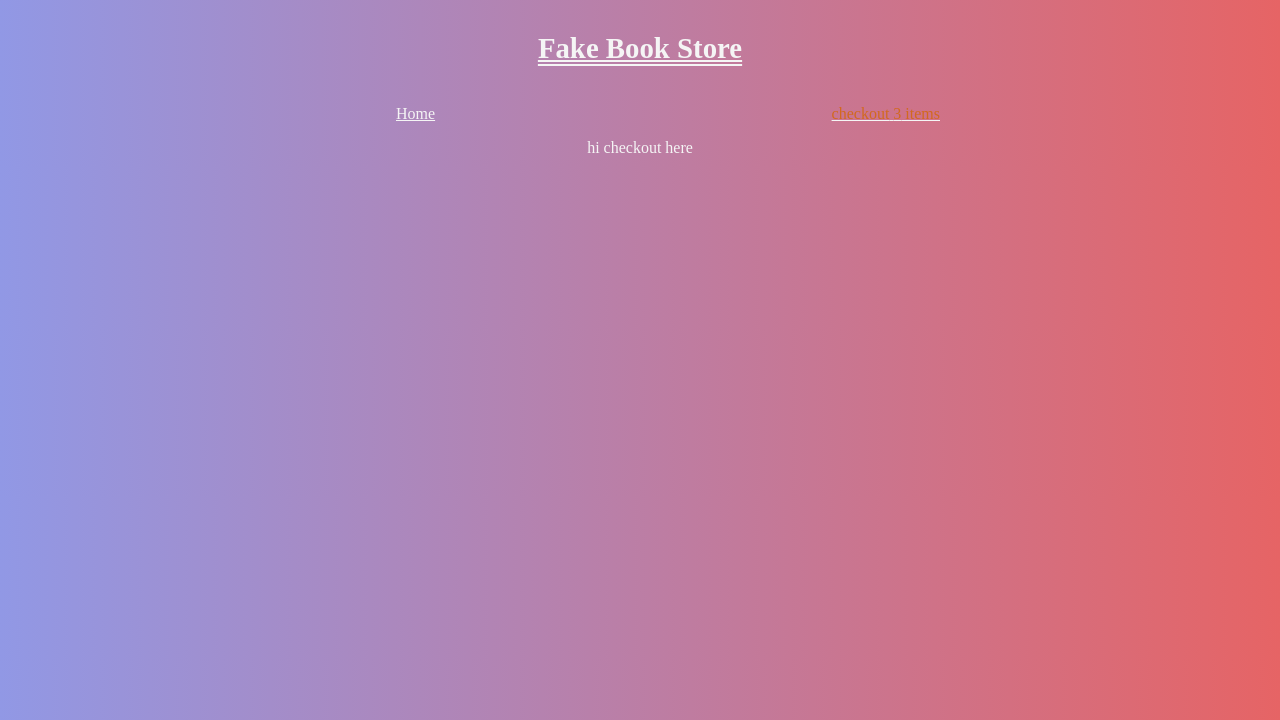
Repository: 0101chaitanya/shopping-cart
Page: /checkout
The author's editor kept a copy of each file at every save. The page is drawn from the files as they stood at one save, then again after a run of saves.
The browser window is 1280 px wide. The pictures show the whole page.
Some web libraries are served in a nearby version. The project was rebuilt for these pictures with package versions that can differ from the ones it lists, and the page was loaded fresh each time. Also part of the build but not shown: src/components/Book.js, src/components/Home.js.

Above is the page before, as saved 2021-08-08 14:07:54.

### public/index.html
<!DOCTYPE html>
<html lang="en">

  <head>
    <meta charset="utf-8" />
    <link rel="icon" href="%PUBLIC_URL%/favicon.ico" />
    <meta name="viewport" content="width=device-width, initial-scale=1" />
    <meta name="theme-color" content="#000000" />
    <meta name="description" content="Web site created using create-react-app" />
    <link rel="apple-touch-icon" href="%PUBLIC_URL%/logo192.png" />
    <!--
      manifest.json provides metadata used when your web app is installed on a
      user's mobile device or desktop. See https://developers.google.com/web/fundamentals/web-app-manifest/
    -->
    <link rel="manifest" href="%PUBLIC_URL%/manifest.json" />
    <!--
      Notice the use of %PUBLIC_URL% in the tags above.
      It will be replaced with the URL of the `public` folder during the build.
      Only files inside the `public` folder can be referenced from the HTML.

      Unlike "/favicon.ico" or "favicon.ico", "%PUBLIC_URL%/favicon.ico" will
      work correctly both with client-side routing and a non-root public URL.
      Learn how to configure a non-root public URL by running `npm run build`.
    -->
    <script src="https://kit.fontawesome.com/3dcaf9f6de.js" crossorigin="anonymous"></script>
    <title>React App</title>
  </head>

  <body>
    <noscript>You need to enable JavaScript to run this app.</noscript>
    <div id="root"></div>
    <!--
      This HTML file is a template.
      If you open it directly in the browser, you will see an empty page.

      You can add webfonts, meta tags, or analytics to this file.
      The build step will place the bundled scripts into the <body> tag.

      To begin the development, run `npm start` or `yarn start`.
      To create a production bundle, use `npm run build` or `yarn build`.
    -->
  </body>

</html>

### src/index.js
import React from "react";
import ReactDOM from "react-dom";
import App from "./App";
import reportWebVitals from "./reportWebVitals";
import { ContextWrapper } from "./components/Context";
ReactDOM.render(
  <React.StrictMode>
    <ContextWrapper>
      <App />
    </ContextWrapper>
  </React.StrictMode>,
  document.getElementById("root")
);

// If you want to start measuring performance in your app, pass a function
// to log results (for example: reportWebVitals(console.log))
// or send to an analytics endpoint. Learn more: https://bit.ly/CRA-vitals
reportWebVitals();

### src/App.js
import "./App.css";
import { produce } from "immer";
import React, { useState, useReducer, useEffect } from "react";
import { BrowserRouter as Router, Route, Switch } from "react-router-dom";
import Nav from "./components/Nav";
import Home from "./components/Home";
import Checkout from "./components/Checkout";

function App() {
  return (
    <Router>
      <div className="App">
        <Nav />

        <Switch>
          <Route path="/" exact component={Home} />
          <Route path="/checkout" exact component={Checkout} />
        </Switch>
      </div>
    </Router>
  );
}

export default App;

### src/components/Context.js
import React, { createContext, useEffect, useContext, useReducer } from "react";
import reducer from "./Reducer";
import data from "./Books.json";
const initialState = {
  cart: data,

  total: 0,
};

const myContext = createContext();

const ContextWrapper = ({ children }) => {
  const [state, dispatch] = useReducer(reducer, initialState);
  const togglePaper = ({ id, paper }) => {
    dispatch({ type: "TOGGLE_PAPER", payload: { id, paper } });
  };
  const toggleCheckout = ({ id, checkout }) => {
    dispatch({ type: "TOGGLE-CHECKOUT", payload: { id, checkout } });
  };

  useEffect(() => {
    computeTotal();
  }, [state.cart]);
  const computeTotal = () => {
    dispatch({ type: "COMPUTE-TOTAL" });
  };
  console.log(state);
  return (
    <myContext.Provider value={{ ...state, togglePaper, toggleCheckout }}>
      {children}
    </myContext.Provider>
  );
};
const useGlobalContext = () => {
  return useContext(myContext);
};

export { useGlobalContext, ContextWrapper };

### src/App.css
.App {
  text-align: center;
}
html,
body,
.App {
  display: flex;
  flex-direction: column;
  justify-content: center;
  align-items: center;
  width: 100vw;
  height: fit-content;
  color: whitesmoke;
  background: linear-gradient(to left, #e66465, #9198e5);
}
nav {
  width: 100vw;
  display: flex;
  flex-direction: column;
  justify-content: center;
  align-items: center;
}

nav > h1 {
  justify-content: center;
  text-align: center;
  font-size: 1.8rem;
  text-decoration: underline double;
}
nav > ul {
  grid-area: ul;
  display: flex;
  align-content: flex-start;
  width: 35rem;
  justify-content: space-between;
  list-style-type: none;
}
nav > ul > li:nth-child(1) {
  display: flex;
}
nav > ul > li:nth-child(1) > * {
  margin: 0 1rem;
}
a {
  color: whitesmoke;
}
input {
  font-size: 2rem;
}
form {
  display: flex;
  flex-direction: column;
  justify-content: flex-start;
  align-items: center;
  width: 12rem;
  height: 25rem;
  font-size: 0.8rem;
  padding: 0.5rem 0rem 0.5rem;
  background: rgb(132, 168, 96);
  border: solid 0.5rem rgb(156, 156, 30);
  border-radius: 1rem;
}
.bookShow {
  width: 80vh;
  justify-content: center;
  align-items: center;
  display: grid;
  grid-auto-flow: row;
  grid-template-columns: repeat(3, 1fr);
  grid-gap: 0.8rem;
}
img {
  width: 10rem;
  height: 15rem;
}
h3,
h4 {
  margin: 0 0.2rem;
}
button {
  background-color: blueviolet;
  border: none;
  border-radius: 0.5rem;
  padding: 0.3rem;
  margin: 0.1rem;
}
button:disabled {
  color: rgb(105, 93, 93);
  background-color: rgb(238, 101, 101);
}
.count {
  color: chocolate;
}

### src/components/Nav.js
import React, { useState, useEffect } from "react";
import { Link } from "react-router-dom";
import { useGlobalContext } from "./Context";
const Nav = (props) => {
  const { total } = useGlobalContext();
  return (
    <nav>
      <h1>Fake Book Store</h1>
      <ul className="nav-links">
        <li>
          <Link className="links" to="/">
            <span>Home</span>
          </Link>
        </li>
        <li>
          <Link className="links" to="/checkout">
            <span className="count">
              checkout
              <span> {total}</span> items
            </span>
          </Link>
        </li>
      </ul>
    </nav>
  );
};
export default Nav;

### src/components/Checkout.js
import React, { useState, useEffect } from "react";

const Checkout = () => {
  return <div>hi checkout here</div>;
};
export default Checkout;

### src/components/Reducer.js
const reducer = (state, action) => {
  switch (action.type) {
    case "TOGGLE_PAPER":
      const cart_SET_PAPER = state.cart.map((item) => {
        if (item.id === action.payload.id) {
          return { ...item, paper: action.payload.paper };
        }
        return item;
      });
      return { ...state, cart: cart_SET_PAPER };

    case "TOGGLE-CHECKOUT":
      const cartModified = state.cart.map((item) => {
        if (item.id === action.payload.id) {
          console.log(action.payload.checkout, item.id, action.payload.id);
          return { ...item, checkout: action.payload.checkout };
        }
        return item;
      });
      return { ...state, cart: [...cartModified] };

    case "COMPUTE-TOTAL":
      let count = state.cart.filter((item) => {
        return item.checkout ? true : false;
      });
      return { ...state, total: count.length };
    default:
      throw new Error(`no matching action found for ${action.type}`);
  }
};
export default reducer;

### src/components/Books.json
[
  {
    "id": "book1",
    "name": "Anna Karenina",
    "image": "https://archive.org/services/img/ost-english-annakareninatols00tolsiala",
    "price": 399,
    "identifier": "ost-english-annakareninatols00tolsiala",
    "checkout": true,
    "paper": false
  },
  {
    "id": "book2",
    "name": "Madame Bovary : a study of provincial life",
    "image": "https://archive.org/services/img/madamebovarystud00flau",
    "price": 499,
    "identifier": "madamebovarystud00flau",
    "checkout": true,
    "paper": false
  },
  {
    "id": "book3",
    "name": "War and Peace",
    "image": "https://archive.org/services/img/warandpeace01dolegoog",
    "checkout": false,
    "paper": false,

    "price": 1299,
    "identifier": "warandpeace01dolegoog"
  },
  {
    "id": "book4",
    "name": "The Great Gatsby",
    "image": "https://archive.org/services/img/the-great-gatsby_1922",
    "checkout": true,
    "paper": true,

    "price": 799,
    "identifier": "the-great-gatsby_1922"
  },
  {
    "id": "book5",
    "name": "Middlemarch",
    "image": "https://archive.org/services/img/middlemarchastu07eliogoog",
    "checkout": false,
    "paper": false,

    "price": 150,
    "identifier": "middlemarchastu07eliogoog"
  },
  {
    "id": "book6",
    "name": "The Adventures of Huckleberry Finn",
    "image": "https://archive.org/services/img/adventureshuckle00twaiiala",
    "checkout": false,
    "paper": false,

    "price": 249,
    "identifier": "adventureshuckle00twaiiala"
  },
  {
    "id": "book7",
    "name": "The Stories of Anton Chekhov",
    "image": "https://archive.org/services/img/in.ernet.dli.2015.507759",
    "checkout": false,
    "paper": false,

    "price": 550,
    "identifier": "in.ernet.dli.2015.507759"
  },
  {
    "id": "book8",
    "name": "In Search of Lost Time",
    "image": "https://archive.org/services/img/InSearchOfLostTimeCompleteVolumes",

    "checkout": false,
    "paper": false,
    "price": 1199,
    "identifier": "InSearchOfLostTimeCompleteVolumes"
  },
  {
    "id": "book9",
    "name": "Hamlet",
    "image": "https://archive.org/services/img/shakespeareshaml01shak",
    "checkout": false,
    "paper": false,

    "price": 1500,
    "identifier": "shakespeareshaml01shak"
  },
  {
    "id": "book10",
    "name": "Moby Dick",
    "image": "https://archive.org/services/img/mobydickorwhale01melvuoft",
    "checkout": false,
    "paper": false,

    "price": 699,
    "identifier": "mobydickorwhale01melvuoft"
  }
]

Loaded but not shown: src/reportWebVitals.js (common file)

After the next 3 saves:
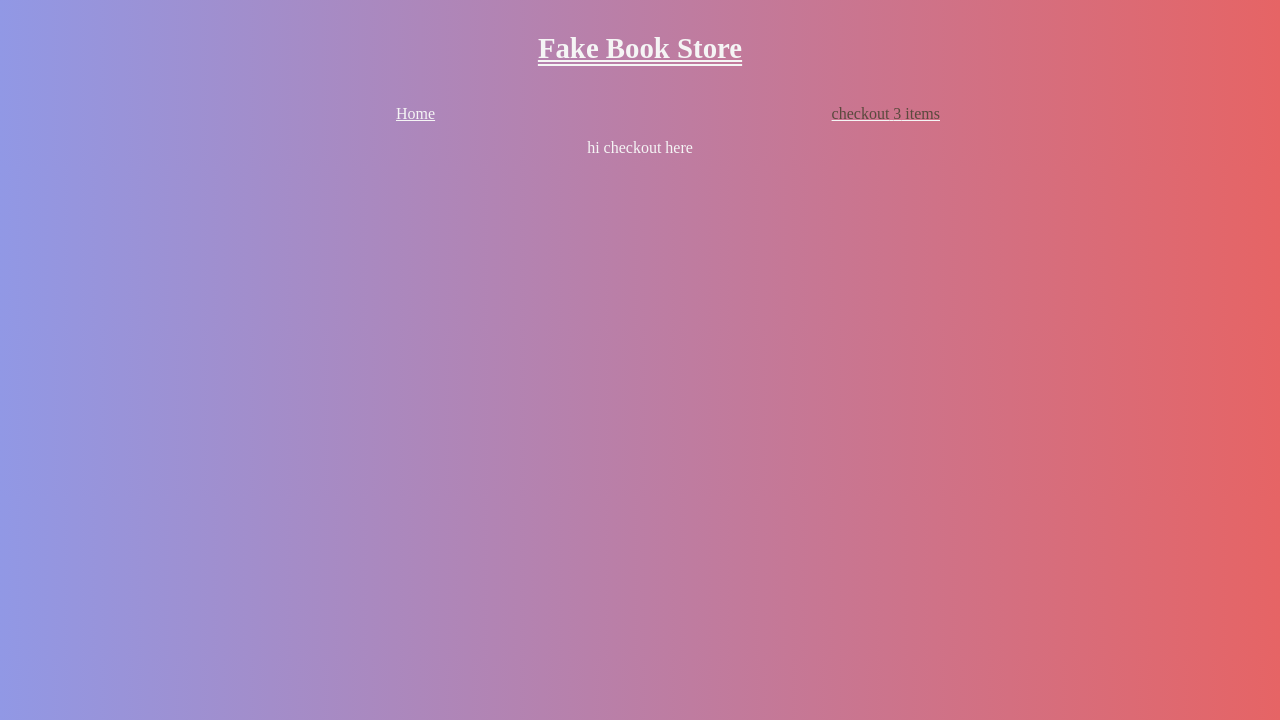
The 3 saves are shown as one change because they came seconds apart.
The last was saved 8 s later.
--- a/src/App.css
+++ b/src/App.css
@@ -89,5 +89,5 @@ button:disabled {
   background-color: rgb(238, 101, 101);
 }
 .count {
-  color: chocolate;
+  color: rgb(90, 73, 61);
 }
